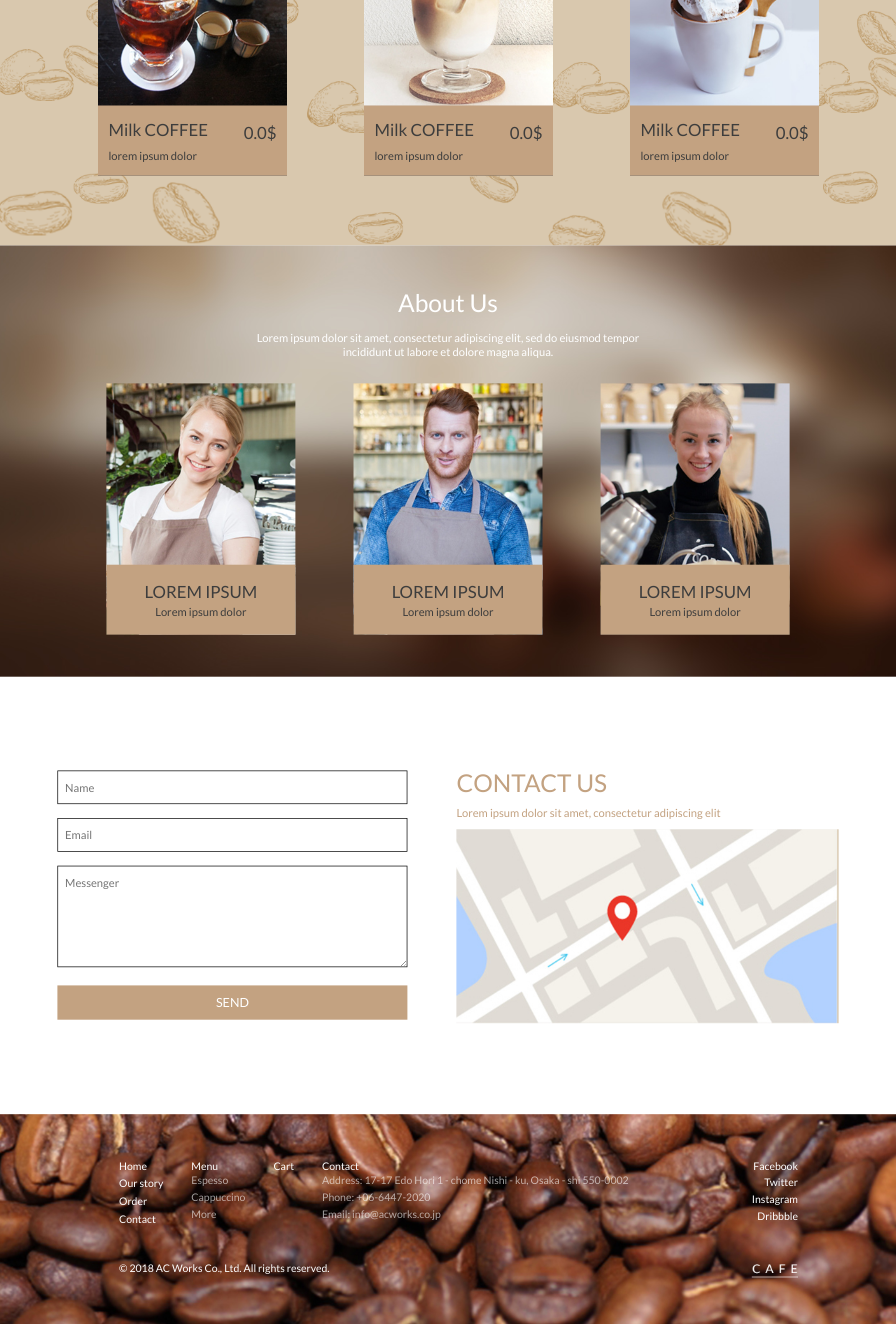
Repository: kuluong2000/coffe
Page: index.html
An editor plug-in stored every save of this project. The page is shown before and after the next save, followed by the edit.
The browser window is 1280 px wide. The pictures show the part of the page from y = 2004 to 3924 px (the page is 3896 px tall before and 3924 px after), at 70% of full size.

Above is the page before, as saved 2021-10-06 21:02:40.

After the next save:
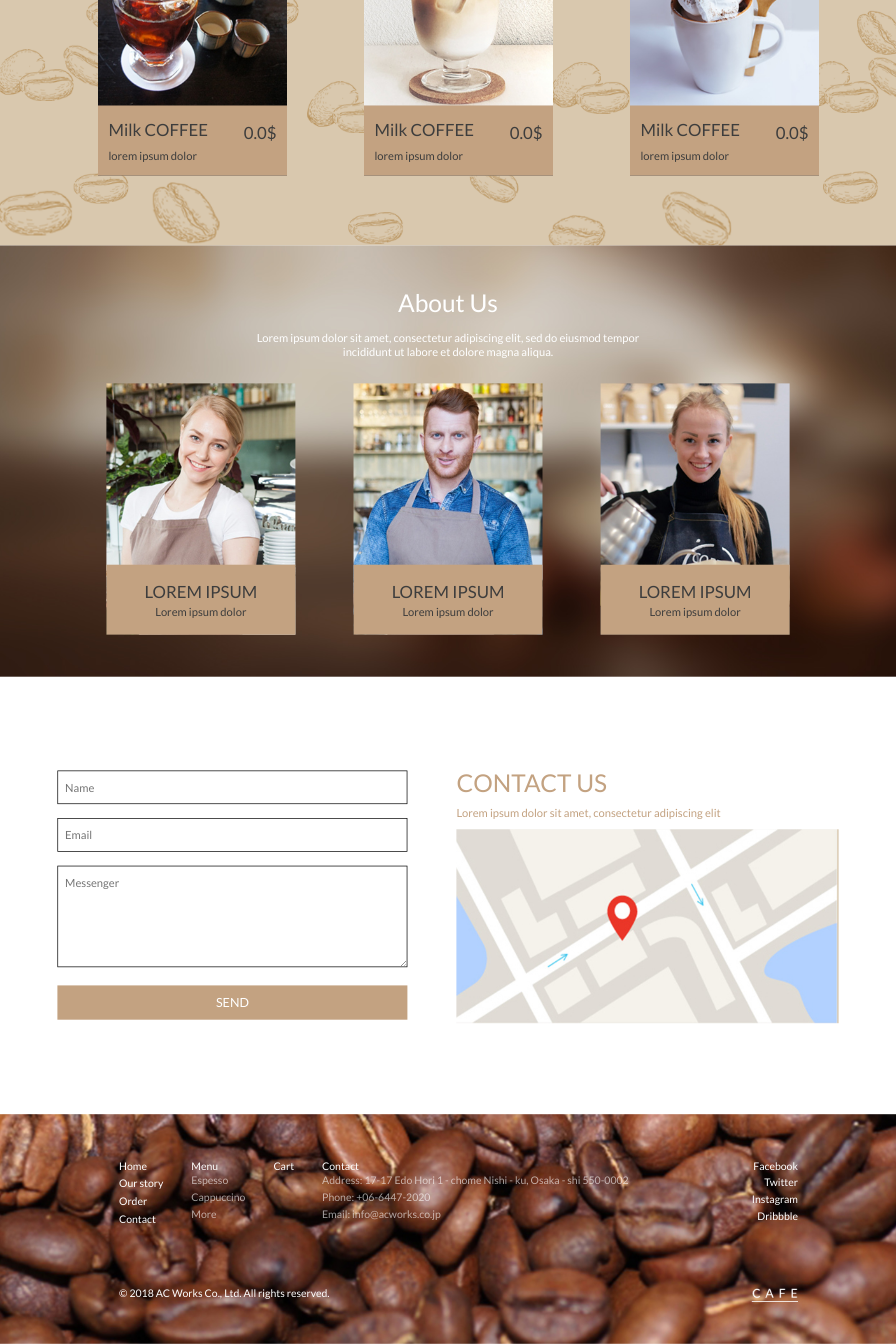
Saved 35 s later.
--- a/Assets/css/style.css
+++ b/Assets/css/style.css
@@ -425,7 +425,10 @@ body{
     display:flex;
     justify-content: space-between;
     align-items: center;
-}
+    position: relative;
+    margin-top: 35px;
+}
+
 .footer-copy{
     font-size: 15px;
     color: white;
